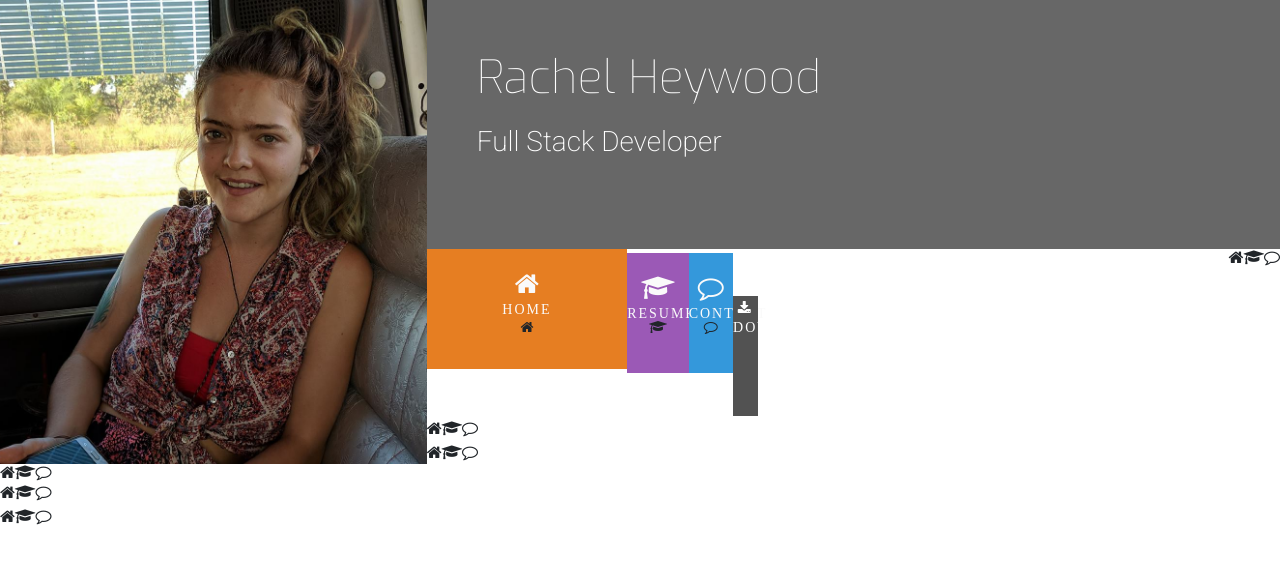
Repository: Heywood93/resume
Page: index.html
The author's editor kept a record of every edit. The page is drawn from the files as they stood at one moment, then again after the next edit.
The browser window is 1280 px wide. The pictures show the whole page.

Above is the page before.

### index.html
<!DOCTYPE html>
<html lang="en">
<head>
    <meta charset="UTF-8">
    <meta name="viewport" content="width=device-width, initial-scale=1.0">
    <meta http-equiv="X-UA-Compatible" content="ie=edge">
    <link rel="stylesheet" href="https://stackpath.bootstrapcdn.com/bootstrap/4.3.1/css/bootstrap.min.css" type="text/css" />
    <link rel="stylesheet" href="https://stackpath.bootstrapcdn.com/font-awesome/4.7.0/css/font-awesome.min.css" type="text/css" />
    <link rel="stylesheet" href="assets/css/style.css" type="text/css" />
    <title>Rachel Heywood</title>
</head>
<body>
    <header>
        <div class="row no-gutters">
            <a href="index.html" class="col-md-4 logo">

            </a>
            <div class="col-md-8">
                <div class="row no-gutters bg-color-name-title">
                    <div class="col heading">
                        <h1 class="name">Rachel Heywood</h1>
                        <h2 class="title">Full Stack Developer</h2>
                    </div>
                </div>
                <div class="row no-gutters">
                    <div class="col">
                        <ul id="nav" class="list-inline menucontainer">
                            <li class="col-6 col-sm-3 ui-menu-color-home list-inline-item menuitem">
                                <a href="#"><i class="fa fa-home" aria-hidden="true"></span><span>Home</span></a>
                            </li>
                            <li class="col-6 col-sm-3 ui-menu-color-resume list-inline-item menuitem">
                                <a href="#"><i class="fa fa-graduation-cap" aria-hidden="true"></span><span>Resume</span></a>
                            </li>
                            <li class="col-6 col-sm-3 ui-menu-color-contact list-inline-item menuitem">
                                <a href="#"><i class="fa fa-comment-o" aria-hidden="true"></span><span>Contact</span></a>
                            </li>
                            <li class="col-6 col-sm-3 ui-menu-color-download list-inline-item menuitem">
                                <a href="#"><span class="fa fa-download" aria-hidden="true"></span><span>Download</span></a>
                            </li>
                        </ul>
                    </div>
                </div>
            </div>
        </div>

    </header>
    <section>

    </section>
    <footer>

    </footer>
</body>
</html>

### assets/css/style.css
@import url('https://fonts.googleapis.com/css?family=Roboto:100,200,300,400,500,600,700|Exo:100,200,300,400,500,600,700');

/*----------Colors */

.bg-color-name-title {
    background-color: #676767;
}

.ui-menu-color-home {
    background-color: #e67e22
}

.ui-menu-color-resume {
    background-color: #9b59b6
}

.ui-menu-color-contact {
    background-color: #3498db
}

.ui-menu-color-download {
    background-color: #525252
}

/*----------Heading */

header {
    margin: 0;
}

.heading {
    margin-left : 50px;
}

.logo {
    background: url(../images/profile-picture.jpg);
    background-position: center;
    background-repeat: no-repeat;
    background-size: cover;
    min-height: 360px;
    transition: all .5s ease-in-out;
    -moz-transition: all .5s ease-in-out;
    -webkit-transition: all .5s ease-in-out;
}

.name {
    font-family: "Exo", sans-serif;
    font-weight: 100;
    font-size: 46px;
    margin-top: 50px;
    color: #fff;
}

.title {
    font-family: "Roboto", sans-serif;
    font-weight: 200;
    font-size: 28px;
    margin-top: 20px;
    margin-bottom: 90px;
    color: #fff;
}

.list-inline-item:not(:last-child) {
    margin: 0;
}

.menucontainer {
    font-size: 0;
}

#nav {
    margin: 0;
}

#nav li {
    font-size: 14px;
    padding: 0;
}

.menuitem {
    height: 120px;
    text-align: center;
    padding: 0;
}

.menuitem a {
    width: 100%;
    text-decoration: none;
    color: #fff;
    height: 120px;
}

.menuitem a i {
    padding-top: 22px;
    display: block;
    color: #fafafa;
    font-size: 26px;
}

.menuitem span {
    display: block;
    width: 100%;
    padding-top: 5px;
    text-align: center;
    text-transform: uppercase;
    font-size: 14px;
    font-weight: 300;
    letter-spacing: 2px;
}

/*----------Hover.css */

.hvr-sweep-to-bottom:before {
    background: rgba(0, 0, 0, 0.2);
    height: 120px;
}

After the next edit:
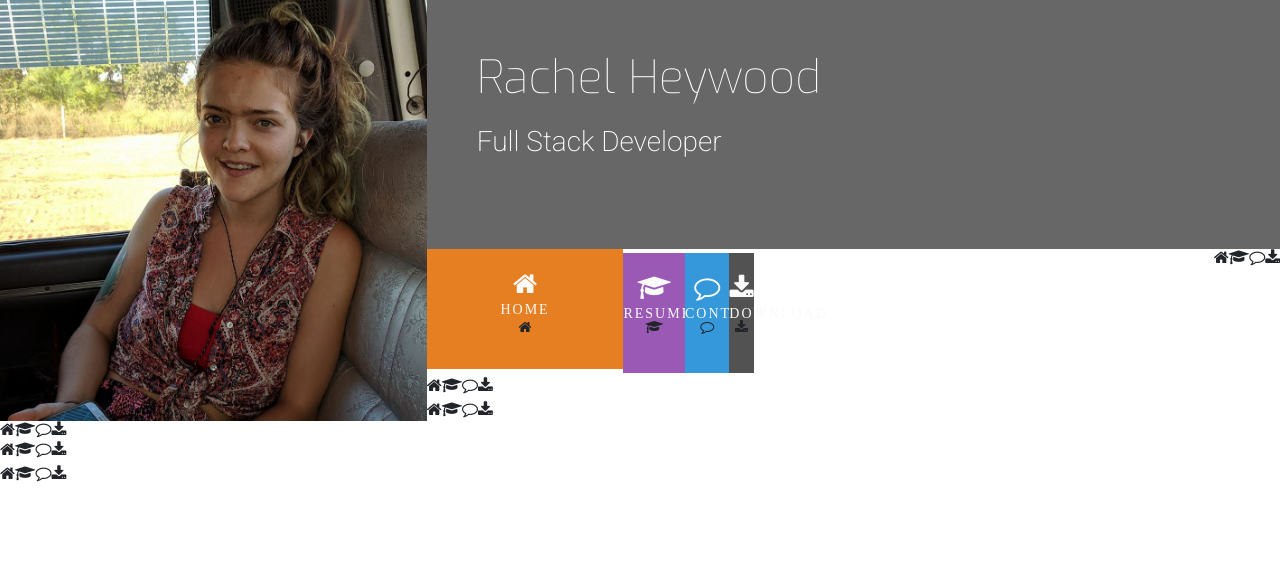
The edit:
--- a/index.html
+++ b/index.html
@@ -35,7 +35,7 @@
                                 <a href="#"><i class="fa fa-comment-o" aria-hidden="true"></span><span>Contact</span></a>
                             </li>
                             <li class="col-6 col-sm-3 ui-menu-color-download list-inline-item menuitem">
-                                <a href="#"><span class="fa fa-download" aria-hidden="true"></span><span>Download</span></a>
+                                <a href="#"><i class="fa fa-download" aria-hidden="true"></span><span>Download</span></a>
                             </li>
                         </ul>
                     </div>
